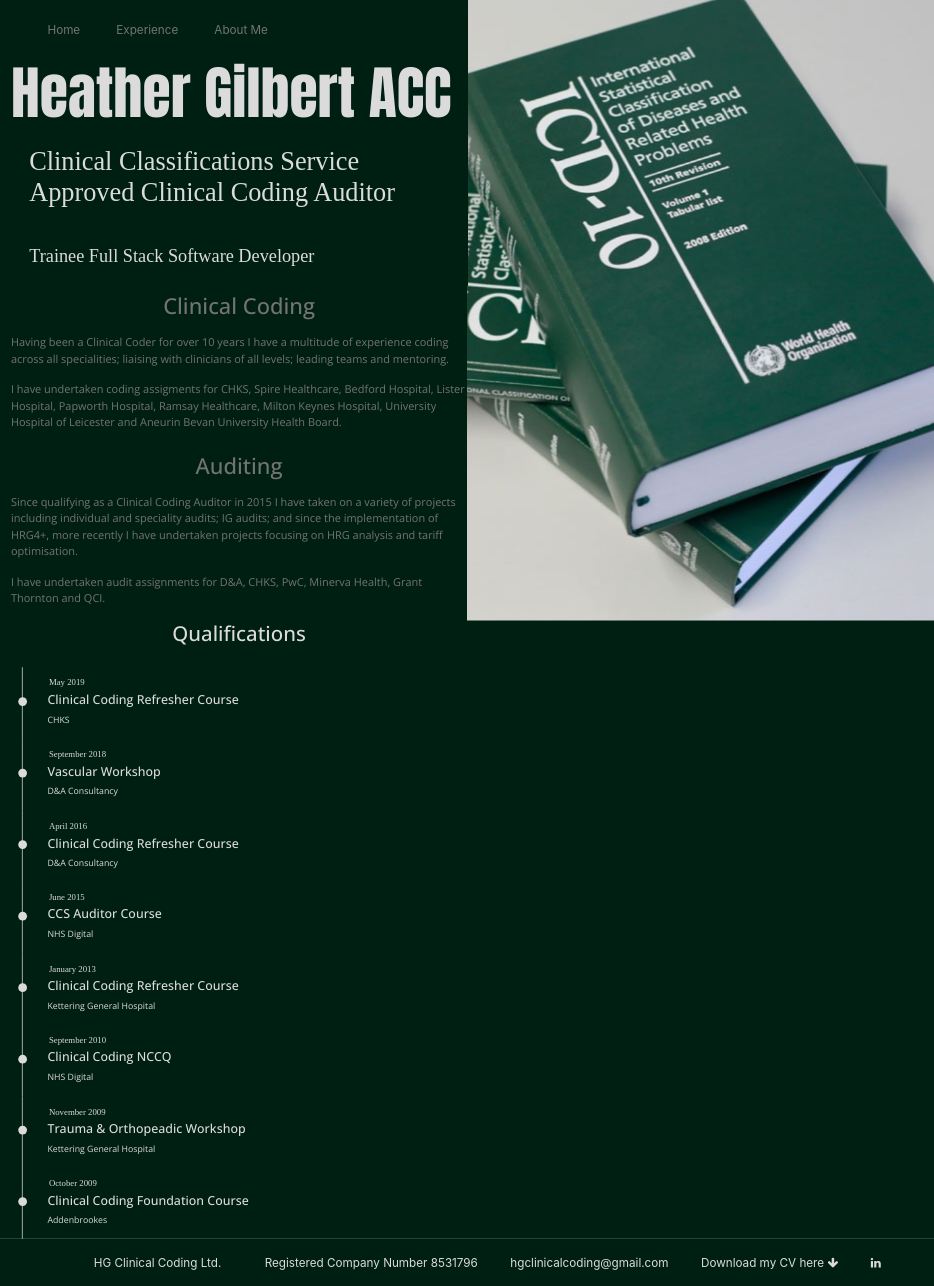
Repository: Code-Institute-Submissions/fsd-ms-project1-resume
Page: resume.html
The author's editor kept a record of every edit. The page is drawn from the files as they stood at one moment, then again after the next edit.
The browser window is 1280 px wide. The pictures show the whole page, at 73% of full size.
Some web fonts or font styles are not loaded; a fallback is used.

Above is the page before.

After the next edit:
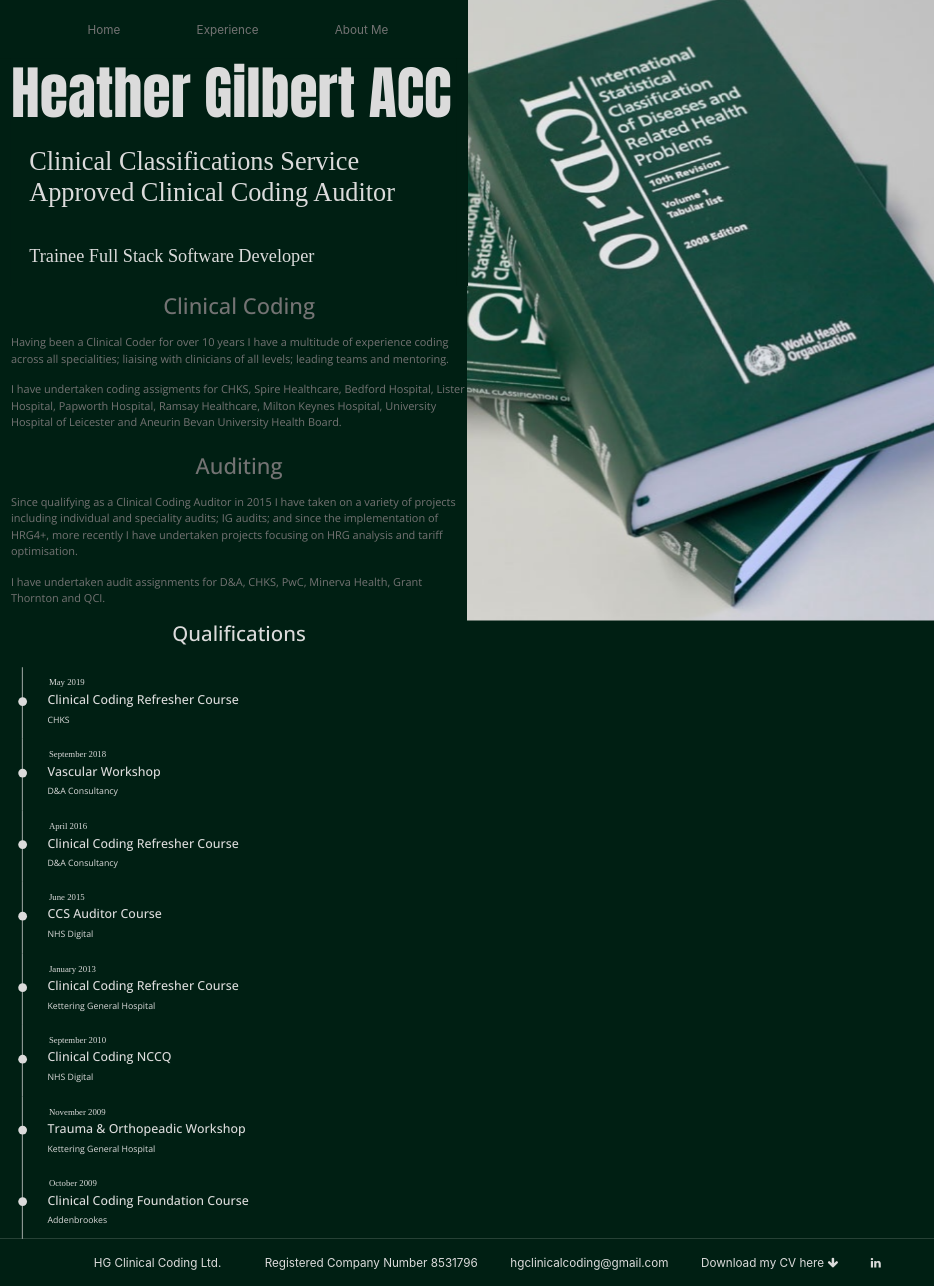
The edit:
--- a/assets/css/style.css
+++ b/assets/css/style.css
@@ -399,7 +399,8 @@
         height: 850px;
     }
     .image-about {
-        height:750px;
-    }
-
-}
+        height: 750px;
+    }
+    .navbar-text {
+    padding-left: 100px;
+}
